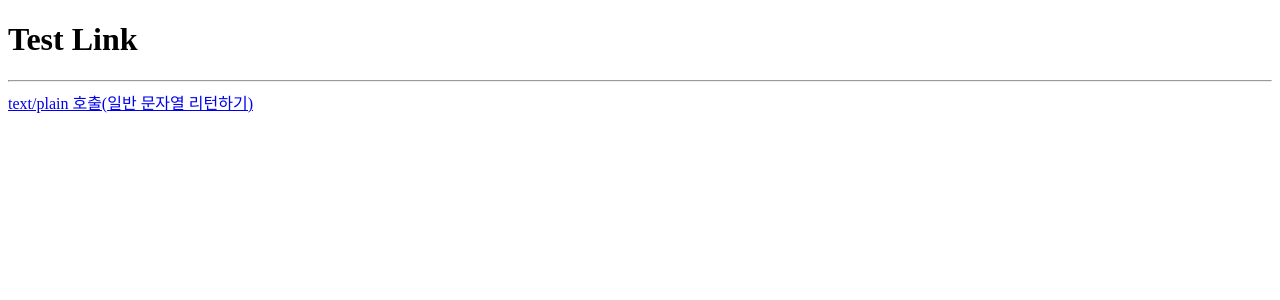
Repository: shashak23/spring_workspace
Page: springweb/src/main/webapp/resources/sample08/reuqestMappingProducesTest.html
An editor plug-in stored every save of this project. The page is shown before and after the next save, followed by the edit.
The browser window is 1280 px wide. The pictures show the whole page.

Above is the page before, as saved 2023-03-02 05:42:26.

### springweb/src/main/webapp/resources/sample08/reuqestMappingProducesTest.html
<!DOCTYPE html>
<html>
<head>
<meta charset="UTF-8">
<title>Insert title here</title>
</head>
<body>
	<h1>Test Link</h1>
	<hr>
	<a href="/springweb/body/text/3">text/plain 호출(일반 문자열 리턴하기)</a>

</body>
</html>

After the next save:
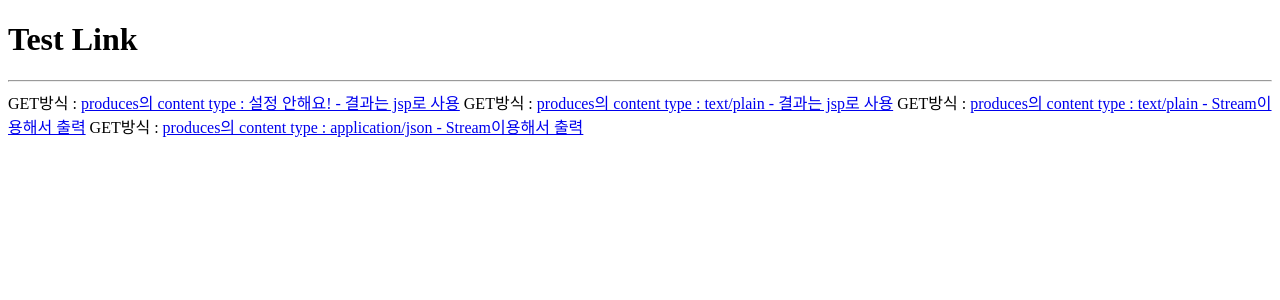
Saved 8 s later.
--- a/springweb/src/main/webapp/resources/sample08/reuqestMappingProducesTest.html
+++ b/springweb/src/main/webapp/resources/sample08/reuqestMappingProducesTest.html
@@ -7,7 +7,13 @@
 <body>
 	<h1>Test Link</h1>
 	<hr>
-	<a href="/springweb/body/text/3">text/plain 호출(일반 문자열 리턴하기)</a>
-
+	GET방식 :
+	<a href="/springweb/testProduces1">produces의 content type : 설정 안해요! - 결과는 jsp로 사용</a>
+	GET방식 :
+	<a href="/springweb/testProduces2">produces의 content type : text/plain - 결과는 jsp로 사용</a> <!-- 꺽쇠가있는 문자열로 인식함 -->
+	GET방식 :
+	<a href="/springweb/testProduces3">produces의 content type : text/plain - Stream이용해서 출력</a>
+	GET방식 :
+	<a href="/springweb/testProduces4">produces의 content type : application/json - Stream이용해서 출력</a> <!-- json 만들ㅇ -->
 </body>
 </html>
